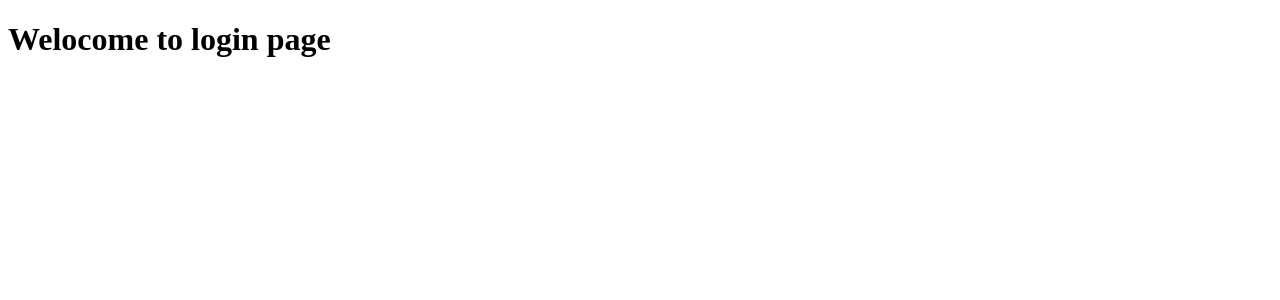
Repository: vksh-chandra/Travel-Tourism
Page: tatms/src/main/webapp/login.html
An editor plug-in stored every save of this project. The page is shown before and after the next save, followed by the edit.
The browser window is 1280 px wide. The pictures show the whole page.

Above is the page before, as saved 2022-07-15 11:37:06.

### tatms/src/main/webapp/login.html
<!DOCTYPE html>
<html>
<head>
<meta charset="UTF-8">
<title>Insert title here</title>
</head>
<body>
	<h1>Welocome to login page</h1>
</body>
</html>

After the next save:
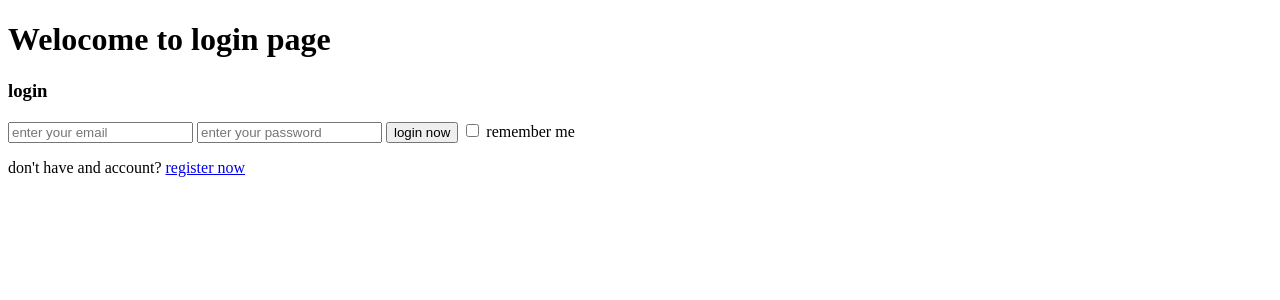
Saved 4 min 25 s later.
--- a/tatms/src/main/webapp/login.html
+++ b/tatms/src/main/webapp/login.html
@@ -6,5 +6,20 @@
 </head>
 <body>
 	<h1>Welocome to login page</h1>
+	<!-- LOGIN FORM -->
+	<div class="login-form-container">
+
+	    <i class="fas fa-times" id="form-close"></i>
+
+	    <form action="">
+	        <h3>login</h3>
+	        <input type="email" class="box" placeholder="enter your email">
+	        <input type="password" class="box" placeholder="enter your password">
+	        <input type="submit" value="login now" class="btn">
+	        <input type="checkbox" id="remember">
+	        <label for="remember">remember me</label>
+	        <p>don't have and account? <a href="signup.html">register now</a></p>
+	    </form>
+	</div>
 </body>
 </html>
